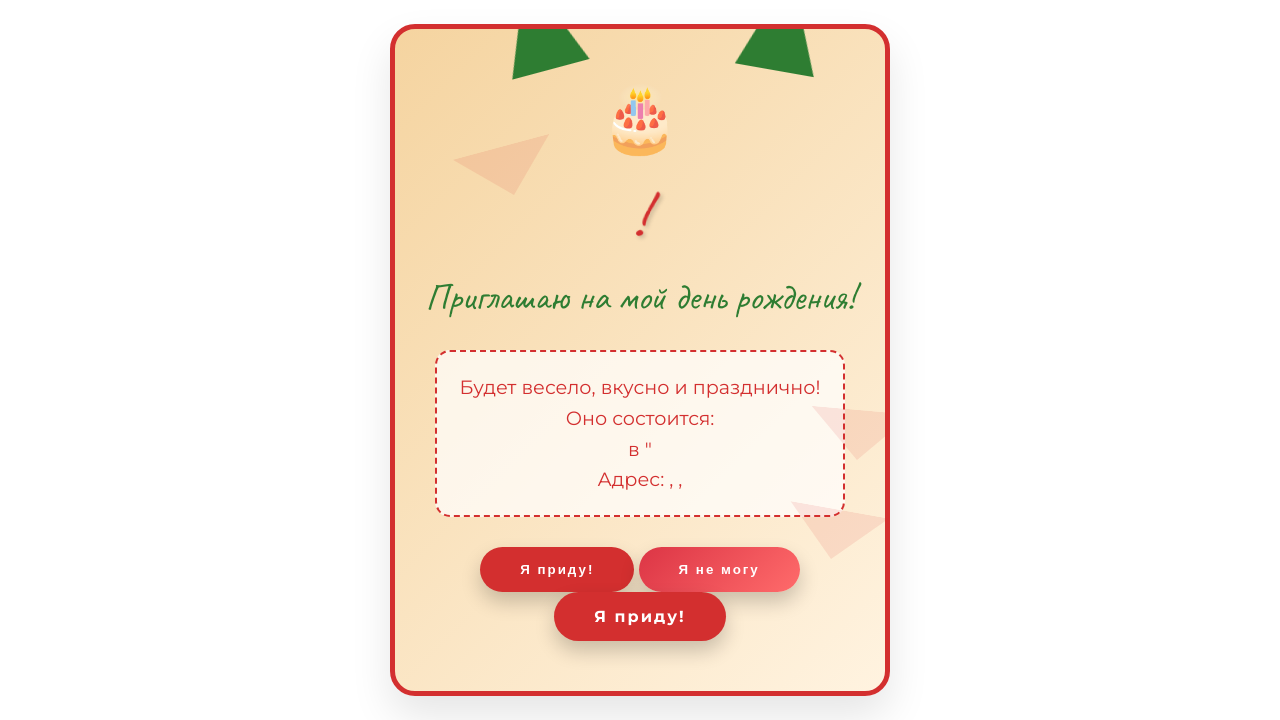
Repository: ll9llall9ll/users-management
Page: templates/6.html
The author's editor kept a copy of each file at every save. The page is drawn from the files as they stood at one save, then again after the next save.
The browser window is 1280 px wide. The pictures show the whole page.
The template is drawn by Flask 3. The application's start-up code is not run. Other server files are loaded and not shown. The template is opened directly, without the code that normally fills it, so the values that code supplies are empty.

Above is the page before, as saved 2025-03-04 20:10:33.

### templates/6.html
<!DOCTYPE html>
<html lang="ru">

<head>
    <meta charset="UTF-8">
    <meta name="viewport" content="width=device-width, initial-scale=1.0">
    <title>День Рождения в Пиццерии!</title>
    <link
        href="https://fonts.googleapis.com/css2?family=Caveat:wght@400;700&family=Montserrat:wght@400;700&display=swap"
        rel="stylesheet">
    <style>
        :root {
            --color-tomato-red: #D32F2F;
            --color-pizza-dough: #F5D4A0;
            --color-basil-green: #2E7D32;
            --color-cheese-yellow: #FFC107;
            --color-background: #FFFFFF;
        }

        * {
            margin: 0;
            padding: 0;
            box-sizing: border-box;
        }

        body {
            font-family: 'Montserrat', sans-serif;
            background-color: var(--color-background);
            display: flex;
            justify-content: center;
            align-items: center;
            min-height: 100vh;
            perspective: 1000px;
            overflow: hidden;
            color: var(--color-tomato-red);
        }

        .invitation-container {
            width: 500px;
            background: linear-gradient(135deg, var(--color-pizza-dough), #FFF3E0);
            border-radius: 25px;
            box-shadow: 0 20px 40px rgba(0, 0, 0, 0.1);
            position: relative;
            overflow: hidden;
            text-align: center;
            padding: 50px 20px;
            border: 5px solid var(--color-tomato-red);
        }

        .pizza-decoration {
            position: absolute;
            width: 100%;
            height: 100%;
            pointer-events: none;
            z-index: 1;
        }

        .pizza-slice {
            position: absolute;
            width: 100px;
            height: 100px;
            background-color: var(--color-tomato-red);
            clip-path: polygon(50% 50%, 0 0, 100% 0);
            opacity: 0.1;
            transform: rotate(var(--rotation));
        }

        .party-props {
            position: absolute;
            top: -50px;
            width: 100%;
            display: flex;
            justify-content: space-around;
            z-index: 10;
        }

        .pizza-hat {
            width: 80px;
            height: 100px;
            background-color: var(--color-basil-green);
            clip-path: polygon(50% 0%, 0% 100%, 100% 100%);
            transform: rotate(var(--rotation));
            animation: hat-bounce 2s infinite alternate;
        }

        @keyframes hat-bounce {
            0% {
                transform: translateY(0) rotate(var(--rotation));
            }

            100% {
                transform: translateY(-10px) rotate(var(--rotation));
            }
        }

        .fireworks {
            position: absolute;
            width: 100%;
            height: 100%;
            pointer-events: none;
        }

        .firework {
            position: absolute;
            width: 10px;
            height: 10px;
            background-color: var(--firework-color);
            border-radius: 50%;
            opacity: 0;
            animation: firework 1.5s ease-out;
        }

        @keyframes firework {
            0% {
                transform: scale(0);
                opacity: 1;
            }

            100% {
                transform: scale(2);
                opacity: 0;
            }
        }

        .pizza-emoji {
            font-size: 4rem;
            margin-bottom: 20px;
        }

        .name-highlight {
            font-family: 'Caveat', cursive;
            font-size: 60px;
            color: var(--color-tomato-red);
            text-shadow: 2px 2px 4px rgba(0, 0, 0, 0.2);
            margin-bottom: 20px;
            animation: name-bounce 1s infinite alternate;
        }

        @keyframes name-bounce {
            0% {
                transform: scale(1) rotate(-5deg);
            }

            100% {
                transform: scale(1.05) rotate(5deg);
            }
        }

        .invitation-text {
            font-family: 'Caveat', cursive;
            font-size: 37px;
            color: var(--color-basil-green);
            margin-bottom: 30px;
        }

        .event-details {
            background-color: rgba(255, 255, 255, 0.7);
            border-radius: 15px;
            padding: 20px;
            margin: 0 20px 30px;
            font-size: 1.2rem;
            line-height: 1.6;
            border: 2px dashed var(--color-tomato-red);
        }

        .btn-confirm {
            cursor: pointer;
            display: inline-block;
            padding: 15px 40px;
            background-color: var(--color-tomato-red);
            color: white;
            text-decoration: none;
            border-radius: 50px;
            font-weight: bold;
            letter-spacing: 2px;
            transition: all 0.3s ease;
            box-shadow: 0 10px 20px rgba(0, 0, 0, 0.2);
            border: none;
            outline: none;
            /* Убирает обводку при фокусе */
        }

        .btn-confirm:hover {
            transform: translateY(-5px);
            box-shadow: 0 15px 30px rgba(0, 0, 0, 0.3);
            background-color: var(--color-basil-green);
        }

        .button-no {
            cursor: pointer;
            display: inline-block;
            padding: 15px 40px;
            background-color: var(--color-tomato-red);
            color: white;
            text-decoration: none;
            border-radius: 50px;
            font-weight: bold;
            letter-spacing: 2px;
            transition: all 0.3s ease;
            box-shadow: 0 10px 20px rgba(0, 0, 0, 0.2);
            border: none;
            outline: none;
            background: linear-gradient(135deg, #dc3545, #ff6b6b);
        }

        .button-no:hover {
            background: linear-gradient(135deg, #c82333, #ff4d4d);}

    </style>
</head>

<body>
    <div class="invitation-container">
        <div class="pizza-decoration">
            <div class="pizza-slice" style="top: 10%; left: 10%; --rotation: -15deg;"></div>
            <div class="pizza-slice" style="bottom: 20%; right: 5%; --rotation: 10deg;"></div>
            <div class="pizza-slice" style="top: 50%; left: 80%; --rotation: 5deg;"></div>
        </div>

        <div class="party-props">
            <div class="pizza-hat" style="--rotation: -15deg;"></div>
            <div class="pizza-hat" style="--rotation: 10deg;"></div>
        </div>

        <div class="fireworks"></div>

        <div class="pizza-emoji">🎂</div>

        <div class="name-highlight">{{invitation.name}}!</div>

        <div class="invitation-text">
            Приглашаю на мой день рождения!
        </div>

        <div class="event-details">
            <p>Будет весело, вкусно и празднично!</p>
            <p>Оно состоится: {{ event.date }} </p>
            <p>в {{ event.hall_name }}"</p>
            <p>Адрес: {{ event.address_country }} , {{ event.address_city }} , {{ event.address_line }} </p>
        </div>
        <form class="formAC" method="post" action="{{ url_for('invite', h=invitation.hash) }}">
            <button type="submit" name='action' class="btn-confirm" onclick="return confirm('Դուք Համոզվա՞ծ եք?')"
                value="accepted">Я приду!</button>
            <button type="submit" name='action' class="button-no" onclick="return confirm('Դուք Համոզվա՞ծ եք?')"
                value="rejected">Я не могу</button>
        </form>
        <a href="#" class="btn-confirm">Я приду!</a>
    </div>

    <script>
        function createFireworks() {
            const fireworksContainer = document.querySelector('.fireworks');

            function createFirework() {
                const firework = document.createElement('div');
                firework.classList.add('firework');

                firework.style.setProperty('--firework-color', `hsl(${Math.random() * 360}, 100%, 50%)`);
                firework.style.left = `${Math.random() * 100}%`;
                firework.style.top = `${Math.random() * 100}%`;
                firework.style.animationDelay = `${Math.random() * 2}s`;

                fireworksContainer.appendChild(firework);

                setTimeout(() => {
                    fireworksContainer.removeChild(firework);
                }, 2000);
            }

            setInterval(createFirework, 500);
        }

        createFireworks();
    </script>
</body>

</html>

After the next save:
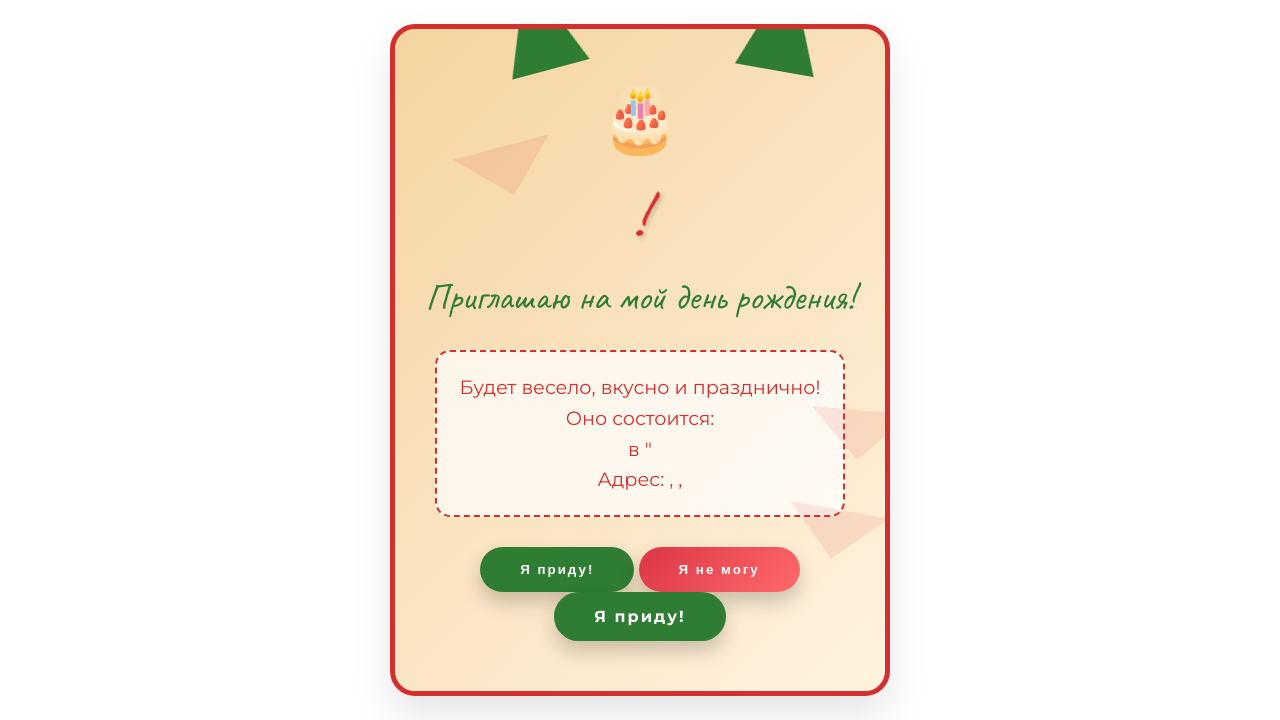
Saved 58 s later.
--- a/templates/6.html
+++ b/templates/6.html
@@ -167,7 +167,7 @@
             cursor: pointer;
             display: inline-block;
             padding: 15px 40px;
-            background-color: var(--color-tomato-red);
+            background-color: var(--color-basil-green);
             color: white;
             text-decoration: none;
             border-radius: 50px;
